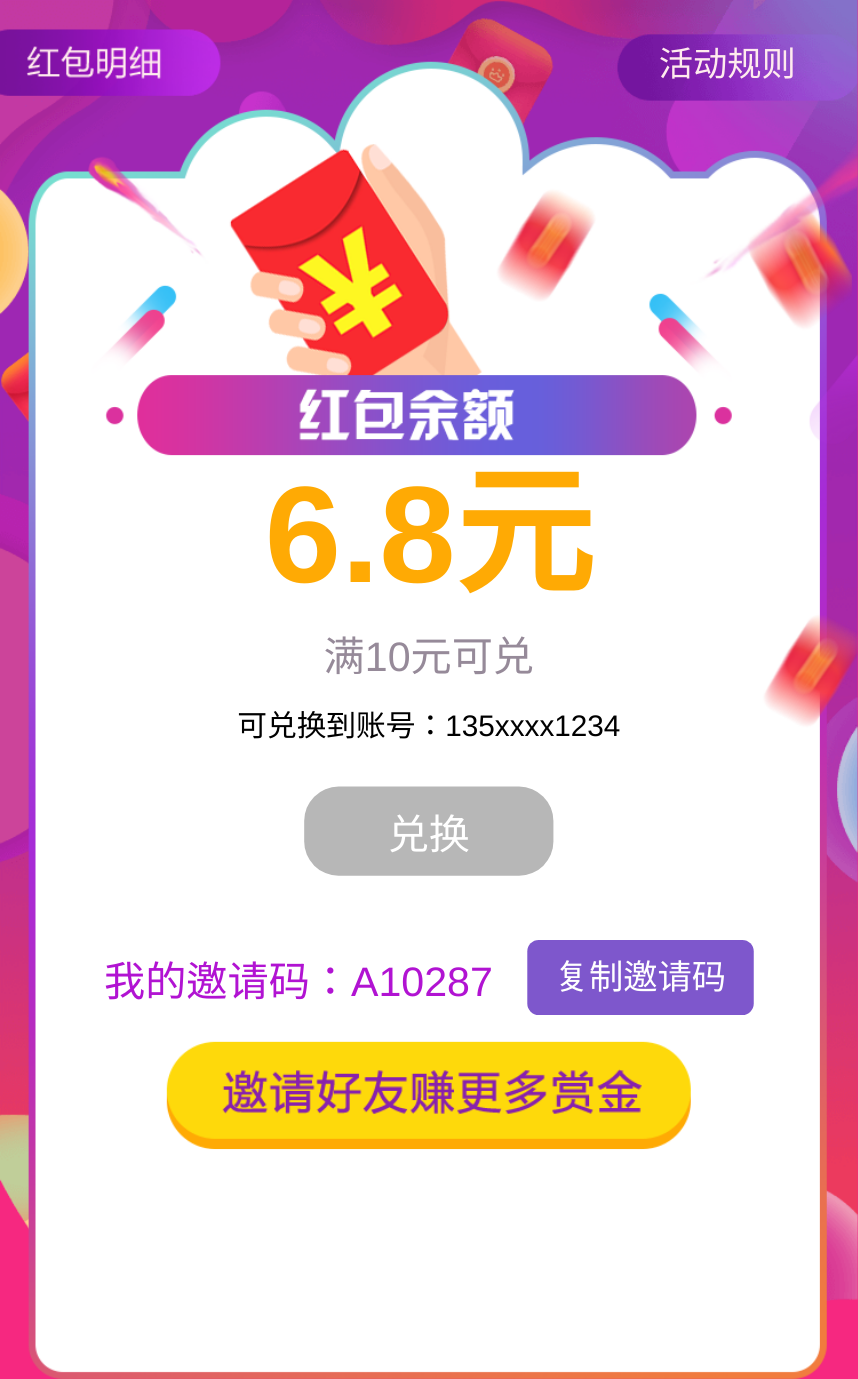
Repository: wangbiaozy/hb
Page: index_ye.html
The author's editor kept a copy of each file at every save. The page is drawn from the files as they stood at one save, then again after the next save.
The browser window is 1280 px wide. The pictures show the whole page, at 67% of full size.

Above is the page before, as saved 2018-08-17 16:44:46.

### index_ye.html
<!DOCTYPE html>
<html lang="en">
<head>
    <meta charset="UTF-8">
    <meta name="viewport" content="width=device-width, initial-scale=1.0, maximum-scale=1.0, minimum-scale=1.0, user-scalable=no">
    <meta http-equiv="X-UA-Compatible" content="ie=edge">
    <title>Document</title>
    <link rel="stylesheet" href="css/reset.min.css">
    <link rel="stylesheet/less" href="css/styles.less">
    <script src="js/less-1.7.0.min.js"></script>
</head>
<body>
    <section class="main">
        <a id="rule_btn" href="javascript:void(0)">活动规则</a>
        <!-- 红包余额页 -->
        <div class="balance">
            <a href="./index_hbmx.html"></a>
            <h2><span class="money">6.8</span>元</h2>
            <p>满10元可兑</p>
            <p>可兑换到账号：<span>135xxxx1234</span></p>
            <div class="conversion_btn">
                <a href="javascript:void(0)">兑换</a>
                <span>1</span>
            </div>
            <div>
                <p>我的邀请码：<span class="code_text">A10287</span></p>
                <a class="copy_btn" data-clipboard-text href="javascript:void(0)">复制邀请码</a>
            </div>
            <a href="javascript:void(0)"></a>
        </div>
    </section>
    <!-- 兑换弹窗 -->
    <section class="conversion">
        <div>
            <input type="text" placeholder="请输入邀请码激活话费红包">
            <a href="">粘贴邀请码</a>
        </div>
        <!-- class="show" 显示 -->
        <p>激活失败，请先打开好友分享的活动链接，帮好友拆红包</p>
        <div>
            <a class="close" href="javascript:void(0)"></a>
            <a class="close" href="javascript:void(0)"></a>
        </div>
    </section>
    <!-- 活动规则弹窗 -->
    <section class="rule">
        <a href="javascript:void(0)"></a>
        <ul>
            <li>1.活动期间，用户通过10086App开屏页，首页轮播图进入活动，领取10元的话费红包。自己可拆开随机金，剩余金额需分享并邀请好友帮忙拆开，每位可帮忙拆开随机金额，全部拆完即可兑换话费。</li>
            <li>2.邀请拆  红包的好友需为新注册10086App的用户，好友在活动页面输入邀请人的邀请码才能成功帮好友拆开红包，好友帮助拆开红包后同时可获得一个话费红包。</li>
            <li>3.用户需在当前红包全部拆完后，才可开启下一个红包。</li>
            <li>4.活动期间一经发现违规等恶意操作等作弊行为将取消获奖资格。</li>
            <li>5.活动期间，用户需持续下载并的登陆110086App，否则话费奖品无法发放。</li>
        </ul>
        <a href="javascript:void(0)"></a>
    </section>
    <!-- 兑换成功弹窗 -->
    <section class="tc_success">
        <a href="javascript:void(0)"></a>
        <div>
            <a class="close" href="javascript:void(0)"></a>
        </div>
    </section>
    <!-- 遮罩层 -->
    <section class="mask" id="mask"></section>
</body>
</html>
<script src="js/jquery-1.10.1.min.js"></script>
<script src="js/clipboard.min.js"></script>
<script src="js/index.js"></script>
<script>
    var clipboard = new ClipboardJS('.copy_btn');
</script>

### css/reset.min.css
@charset "utf-8";
/*默认样式清除和初始化*/
body,h1,h2,h3,h4,h5,h6,hr,p,blockquote,dl,dt,dd,ul,ol,li,button,input,textarea,th,td{margin:0;padding:0}body{font-size:12px;font-style:normal;font-family:"\5FAE\8F6F\96C5\9ED1",Helvetica,sans-serif}small{font-size:12px}h1{font-size:18px}h2{font-size:16px}h3{font-size:14px}h4,h5,h6{font-size:100%}ul,ol{list-style:none}a{text-decoration:none;background-color:transparent}a:hover,a:active{outline-width:0;text-decoration:none}table{border-collapse:collapse;border-spacing:0}hr{border:0;height:1px}img{border-style:none}img:not([src]){display:none}svg:not(:root){overflow:hidden}html{-webkit-touch-callout:none;-webkit-text-size-adjust:100%}input,textarea,button,a{-webkit-tap-highlight-color:rgba(0,0,0,0)}article,aside,details,figcaption,figure,footer,header,main,menu,nav,section,summary{display:block}audio,canvas,progress,video{display:inline-block}audio:not([controls]),video:not([controls]){display:none;height:0}progress{vertical-align:baseline}mark{background-color:#ff0;color:#000}sub,sup{position:relative;font-size:75%;line-height:0;vertical-align:baseline}sub{bottom:-0.25em}sup{top:-0.5em}button,input,select,textarea{font-size:100%;outline:0}button,input{overflow:visible}button,select{text-transform:none}textarea{overflow:auto}button,html [type="button"],[type="reset"],[type="submit"]{-webkit-appearance:button}button::-moz-focus-inner,[type="button"]::-moz-focus-inner,[type="reset"]::-moz-focus-inner,[type="submit"]::-moz-focus-inner{border-style:none;padding:0}button:-moz-focusring,[type="button"]:-moz-focusring,[type="reset"]:-moz-focusring,[type="submit"]:-moz-focusring{outline:1px dotted ButtonText}[type="checkbox"],[type="radio"]{box-sizing:border-box;padding:0}[type="number"]::-webkit-inner-spin-button,[type="number"]::-webkit-outer-spin-button{height:auto}[type="search"]{-webkit-appearance:textfield;outline-offset:-2px}[type="search"]::-webkit-search-cancel-button,[type="search"]::-webkit-search-decoration{-webkit-appearance:none}::-webkit-input-placeholder{color:inherit;opacity:.54}::-webkit-file-upload-button{-webkit-appearance:button;font:inherit}.clear:after{display:block;height:0;content:"";clear:both}
*{ -webkit-tap-highlight-color: rgba(0,0,0,0);-webkit-tap-highlight-color: transparent; /* For some Androids */ }

### js/index.js
(function (doc, win) {
    var docEl = doc.documentElement,
        resizeEvt = 'orientationchange' in window ? 'orientationchange' : 'resize',
        recalc = function () {
            var clientWidth = docEl.clientWidth;
            if (!clientWidth) return;
            docEl.style.fontSize = 100 * (clientWidth / 750) + 'px';
        };
    if (!doc.addEventListener) return;
    win.addEventListener(resizeEvt, recalc, false);
    doc.addEventListener('DOMContentLoaded', recalc, false);
})(document, window);
$(function () {

    //复制按钮属性等于验证码值
    (function(){
        $('.copy_btn').attr('data-clipboard-text',$('.code_text').text());
    })();
    //余额大于10元激活兑换按钮
    (function(){
        var money = parseFloat($('.money').text());
        money >= 10 ? $('.conversion_btn').addClass('act') : $('.conversion_btn').removeClass('act');
    })();

    //重新加载
    $('#reload').on('click',function(){
        window.location.reload();
    });
    //显示非中奖页背景
    function showFirstPageBg(){
        $('.main').removeClass('result');
    }
    //显示中奖页背景
    function showResultPageBg(){
        $('.main').addClass('result');
    }
    //显示活动规则弹窗
    $('#rule_btn').on('click',function(){
        $('.rule').show();
        showMask();
    });
    //关闭活动规则弹窗
    function hideRuleModel(){
        $('.rule').hide();
        hideMask();
    }
    $('.rule').on('click','a',function(){
        hideRuleModel();
    });
    //首页赚钱攻略按钮
    $('#gl_btn').on('click',function(){
        $('.gl').show();
        showMask();
    })
    //首页抽红包按钮
    $('#cj').on('click',function(){
        //奖品金额随机数
        var num = (Math.random()*9+1).toFixed(2);
        $('#moneyText').text(num);
        $('.result').show();
        $('.f_page').hide();
        showResultPageBg();
    });

    //获奖页获奖名单滚动
    var listPanel = $('#J_Activity ul');
    var z = 0;
    function up() {
        listPanel.animate({
            'top': (z - .8) + 'rem'
        }, 1500, 'linear', function () {
            listPanel.css({'top': '0px'}).find("li:first").appendTo(listPanel);
            up();
        });
    }
    up();

    //获取验证码
    function getCodeStyle(btnId) {//btnId->jQ
        var orderTime = 60,
            timeLeft = orderTime,
            btn = btnId;
        function timeCount(){
            timeLeft-=1;
            if (timeLeft>0){
                btn.val(timeLeft+"s重新获取");
                setTimeout(timeCount,1000);
                btn.css({
                    background: '#a2a2a2',
                    color: '#ffffff'
                });
            }
            else {
                btn.val("获取验证码");
                btn.css({
                    background: '#76ca08',
                    color: '#ffffff'
                });
                timeLeft = orderTime;
                btn.removeAttr("disabled");
            }
        }
        btn.on('click', function () {
            $(this).attr("disabled",true);
            timeCount();
        });
    }
    getCodeStyle($('#codeBtn'));

    $('#helpBtn').on('click',function(){
        $('.login').show();
        showMask();
    });

    //显示弹窗
    function showModel(){
        $('.model').show();
        showMask();
    }

    //关闭弹窗
    $('.close').on('click',function(){
        $(this).parent().parent().hide();
        hideMask();
    });
    //显示遮罩层
    function showMask(){
        $("#mask").css("height",$(document).height());
        $("#mask").css("width",$(document).width());
        $("#mask").show();
        $('body').css('position','fixed');
    }
    //隐藏遮罩层
    function hideMask(){
        $("#mask").hide();
        $('body').css('position','unset');
    }
});

Loaded but not shown: js/less-1.7.0.min.js (library); js/jquery-1.10.1.min.js (library); js/clipboard.min.js (library)

After the next save:
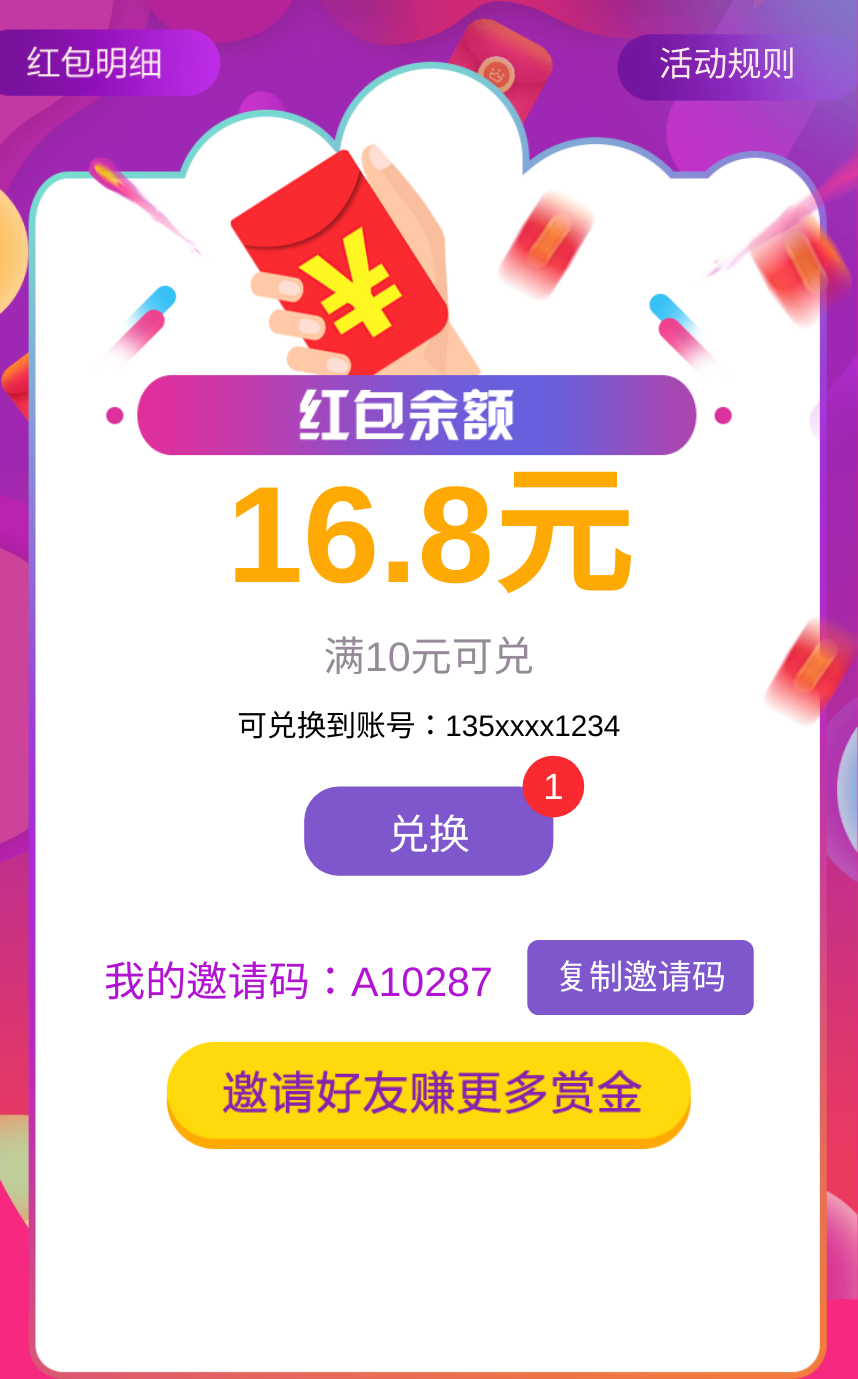
Saved 11 s later.
--- a/index_ye.html
+++ b/index_ye.html
@@ -15,7 +15,7 @@
         <!-- 红包余额页 -->
         <div class="balance">
             <a href="./index_hbmx.html"></a>
-            <h2><span class="money">6.8</span>元</h2>
+            <h2><span class="money">16.8</span>元</h2>
             <p>满10元可兑</p>
             <p>可兑换到账号：<span>135xxxx1234</span></p>
             <div class="conversion_btn">
